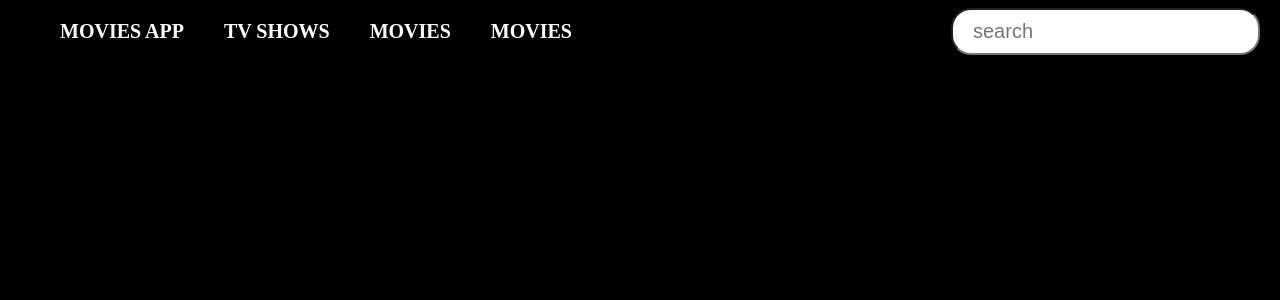
Repository: manahiang/MovieMana
Page: / (app in src/)
These files come from the project's save history. The page is drawn as it stood at one moment and after the next save; the edit follows.
The browser window is 1280 px wide. The pictures show the whole page.
The project was rebuilt for these pictures with package versions that can differ from the ones it lists, and the page was loaded fresh each time. Also part of the build but not shown: src/src/App.css.

Above is the page before, as saved 2022-11-14 16:30:03.

### src/src/index.css
body {
  margin: 0;
  font-family: -apple-system, BlinkMacSystemFont, 'Segoe UI', 'Roboto', 'Oxygen',
    'Ubuntu', 'Cantarell', 'Fira Sans', 'Droid Sans', 'Helvetica Neue',
    sans-serif;
  -webkit-font-smoothing: antialiased;
  -moz-osx-font-smoothing: grayscale;
  color: white;
  background-color: black;
}
.header{
  width: 100%;
  height: auto;
  background-color: black;
}
.navbar{
  display: flex;
  justify-content: space-between;
  font-size: 20px;
  text-transform: uppercase;
  align-items: center;
  font-weight: 900;
  font-family: 'Times New Roman', Times, serif;
}
.menu ul li{
  display: inline;
  align-items: center;
  justify-content: center;
  padding: 20px;
  list-style: none;

}
.menu ul li a{
  text-decoration: none;
  color: white;
}
.search{
  align-items: center;
  justify-content: center;
  display: flex;
  padding-right: 20px;
}
.search input{
  font-size: 20px;
  border-radius: 20px;
  padding-left: 30px;
  padding:10px 20px;

}
.menu ul li:hover Link{
  color: yellow;
  cursor: pointer;
}

### src/src/App.js
//import logo from './logo.svg';
import './index.css'
import './App.css';
import Main from './Main';
 import { BrowserRouter, } from "react-router-dom"

function App() {
  return (
    <BrowserRouter>
    <Main/>
    </BrowserRouter>
  );
}
export default App;

### src/src/Main.js
import './index.css'

function Main(){
    return(
        <div className='container'>
            <div className='header'>
                <div className='navbar'>
                    <div className='menu'>
                        <ul>
                            <li><a href='#'>Movies App</a></li>
                            <li><a href='#'>TV shows</a></li>
                            <li><a href='#'>Movies</a></li>
                            <li><a href='#'>Movies</a></li>
                        </ul>
                    </div>
                    <div className='search'>
                        <input type="text" placeholder="search"/>
                    </div>
                </div>

            </div>
        </div>
    )
}
export default Main;

Loaded but not shown: src/public/index.html (common file); src/src/index.js (common file); src/src/reportWebVitals.js (common file)

After the next save:
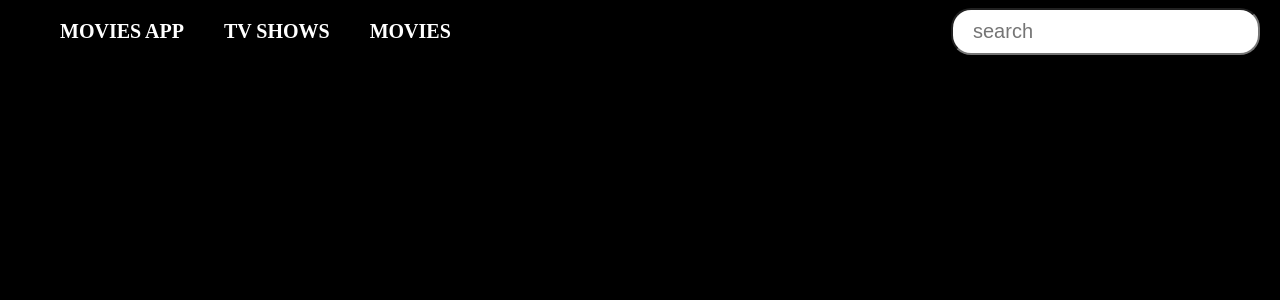
Saved 7 s later.
--- a/src/src/Main.js
+++ b/src/src/Main.js
@@ -10,7 +10,7 @@ function Main(){
                             <li><a href='#'>Movies App</a></li>
                             <li><a href='#'>TV shows</a></li>
                             <li><a href='#'>Movies</a></li>
-                            <li><a href='#'>Movies</a></li>
+
                         </ul>
                     </div>
                     <div className='search'>
